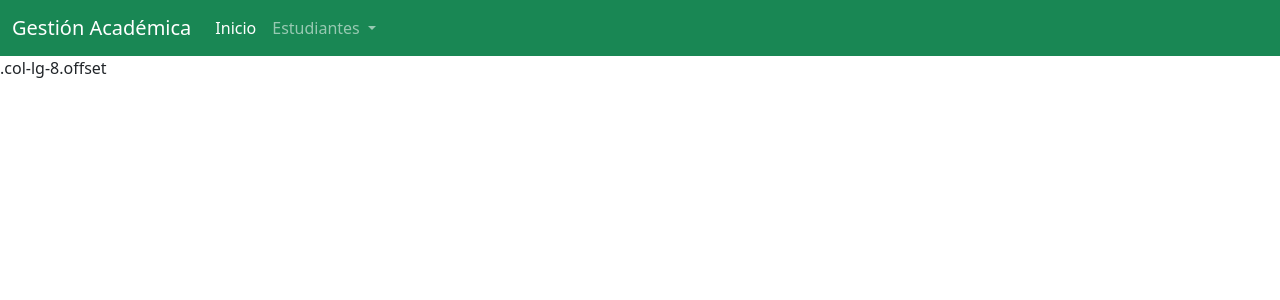
Repository: cesartomedes/frontacademico
Page: /
These files come from the project's save history. The page is drawn as it stood at one moment and after a run of saves; the edit follows.
The browser window is 1280 px wide. The pictures show the whole page.
The project was rebuilt for these pictures with package versions that can differ from the ones it lists, and the page was loaded fresh each time. Also part of the build but not shown: vue.config.js, src/components/HelloWorld.vue, src/views/EstudianteNew.vue, src/views/EstudianteEdit.vue, src/views/EstudianteView.vue.

Above is the page before, as saved 2023-10-24 15:42:30.

### src/main.js
import { createApp } from 'vue'
import App from './App.vue'
import router from './router'
import store from './store'
import '@fortawesome/fontawesome-free/css/all.min.css'
import 'bootstrap/dist/css/bootstrap.css'


createApp(App).use(store).use(router).mount('#app')

import 'bootstrap/dist/js/bootstrap'

### src/App.vue
<template>
      <nav class="navbar navbar-expand-lg navbar-dark bg-success">
        <div class="container-fluid">
          <a class="navbar-brand" href="#">Gestión Académica</a>
          <button class="navbar-toggler" type="button" data-bs-toggle="collapse" data-bs-target="#navbarSupportedContent" aria-controls="navbarSupportedContent" aria-expanded="false" aria-label="Toggle navigation">
            <span class="navbar-toggler-icon"></span>
          </button>
          <div class="collapse navbar-collapse" id="navbarSupportedContent">
            <ul class="navbar-nav me-auto mb-2 mb-lg-0">
              <li class="nav-item">
                <a class="nav-link active" aria-current="page" href="#">Inicio</a>
              </li>

              <li class="nav-item dropdown">
                <a class="nav-link dropdown-toggle" href="#" role="button" data-bs-toggle="dropdown" aria-expanded="false">
                  Estudiantes
                </a>
                <ul class="dropdown-menu">

                  <li>
                    <router-link class="dropdown-item" to="/">Listar Estudiantes</router-link>
                  </li>

                  <li>
                    <router-link class="dropdown-item" to="/createE">Registrar Nuevo</router-link>
                  </li>
                  <li><hr class="dropdown-divider"></li>
                  <li><a class="dropdown-item" href="#">Something else here</a></li>
                </ul>
              </li>
            </ul>

          </div>
        </div>
    </nav>
    <div class="container-fluid">
      <router-view/>
    </div>

</template>

### src/router/index.js
import { createRouter, createWebHashHistory } from 'vue-router'
import HomeView from '../views/HomeView.vue'
import EstudianteNew from '../views/EstudianteNew.vue'
import EstudianteEdit from '../views/EstudianteEdit.vue'
import EstudianteView from '../views/EstudianteView.vue'

const routes = [
  {
    path: '/',
    name: 'home',
    component: HomeView
  },

  {
    path: '/createE',
    name: 'createE',
    component: EstudianteNew
  },

  {
    path: '/editE/:id',
    name: 'editE',
    component: EstudianteEdit
  },

  {
    path: '/viewE/:id',
    name: 'viewE',
    component: EstudianteView
  }
]

const router = createRouter({
  history: createWebHashHistory(),
  routes
})

export default router

### src/views/HomeView.vue
<template>
      <div class="row">
        .col-lg-8.offset
      </div>
</template>

<script>
// @ is an alias to /src
import HelloWorld from '@/components/HelloWorld.vue'

export default {
  name: 'HomeView',
  components: {
    HelloWorld
  }
}
</script>

Loaded but not shown: public/index.html (common file); src/store/index.js (common file)

After the next 2 saves:
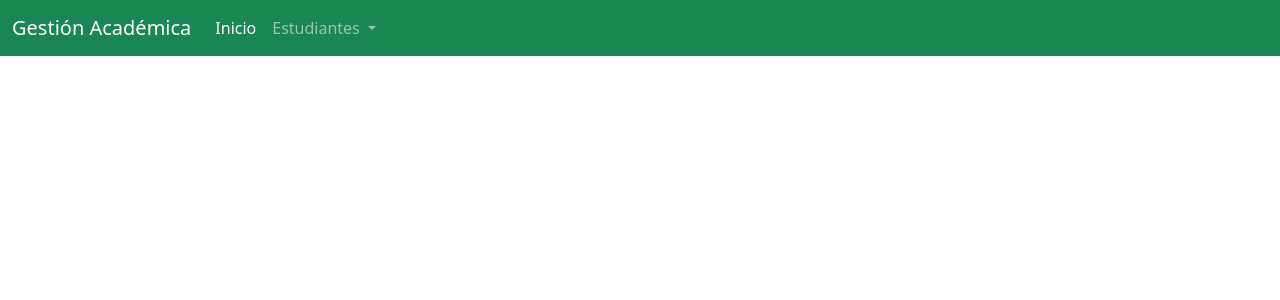
The 2 saves are shown as one change because they came seconds apart.
The last was saved 7 s later.
--- a/src/views/HomeView.vue
+++ b/src/views/HomeView.vue
@@ -1,6 +1,8 @@
 <template>
       <div class="row">
-        .col-lg-8.offset
+        <div class="col-lg-8 offset-lg-2">
+
+        </div>
       </div>
 </template>
 
